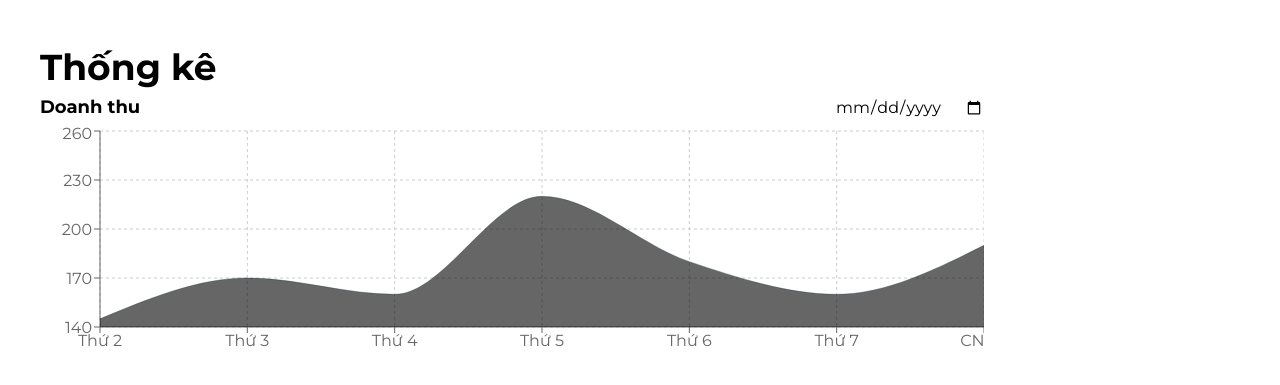
Repository: iphoneboy46/AltaMediaCMS
Page: /
An editor plug-in stored every save of this project. The page is shown before and after the next save, followed by the edit.
The browser window is 1280 px wide. The pictures show the whole page.
Some web libraries are served in a nearby version. The project was rebuilt for these pictures with package versions that can differ from the ones it lists, and the page was loaded fresh each time.

Above is the page before, as saved 2023-03-26 22:27:08.

After the next save:
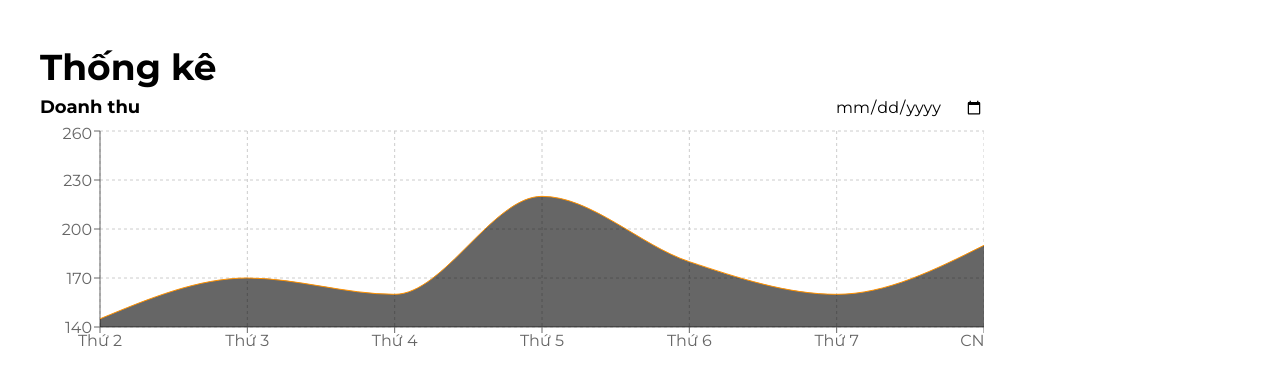
Saved 44 s later.
--- a/src/components/Charts/Charts.tsx
+++ b/src/components/Charts/Charts.tsx
@@ -71,7 +71,7 @@ function Charts() {
             type="monotone"
             dataKey="uv"
             stackId="1"
-            stroke="#1345"
+            stroke="#FF9100"
             fill="#000"
           />
         </AreaChart>
